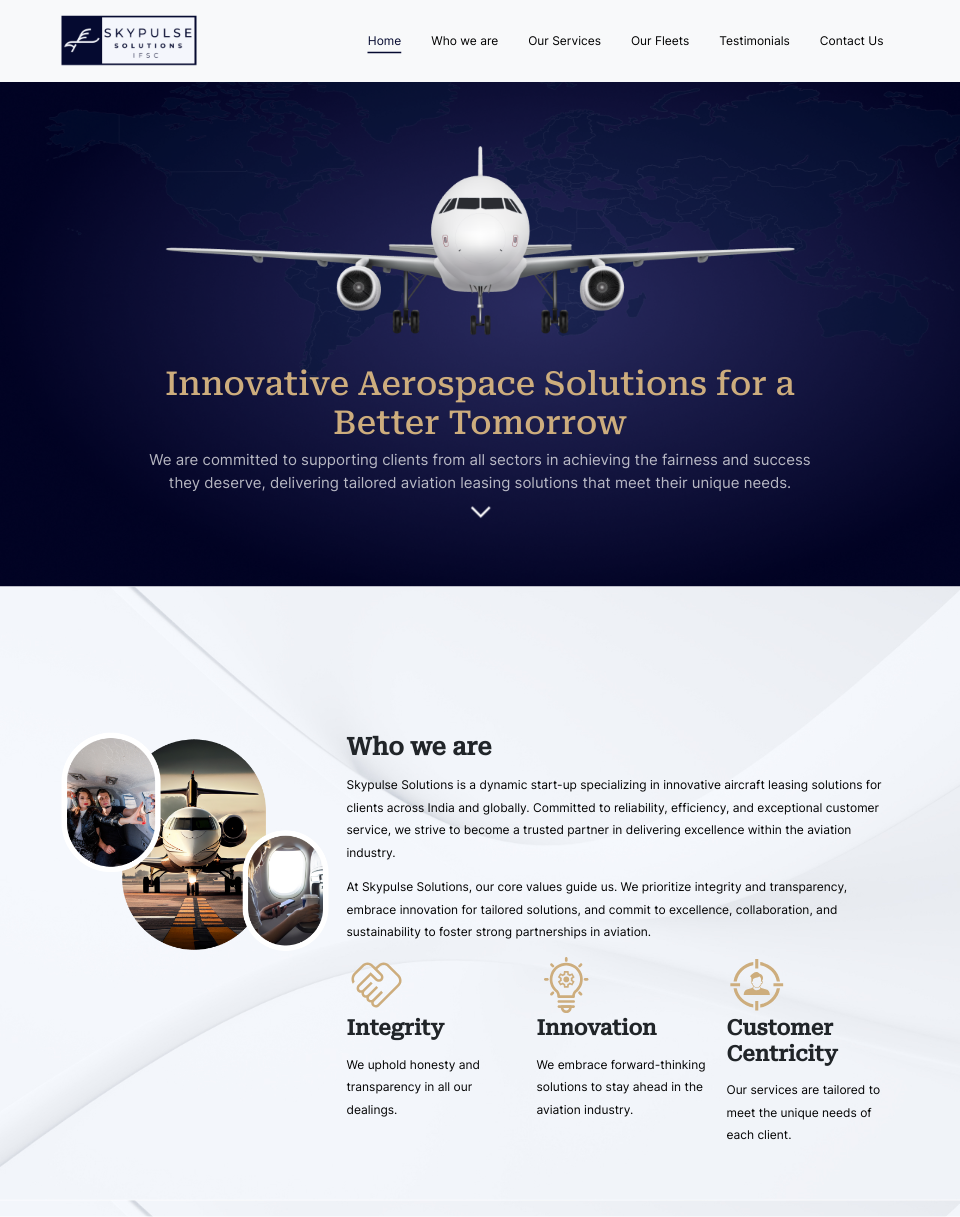
Repository: mangalravi/SkyPulse
Page: index.html
These files come from the project's save history. The page is drawn as it stood at one moment and after a run of saves; the edit follows.
The browser window is 1280 px wide. The pictures show the whole page, at 75% of full size.

Above is the page before, as saved 2024-12-30 10:26:58.

After the next 2 saves:
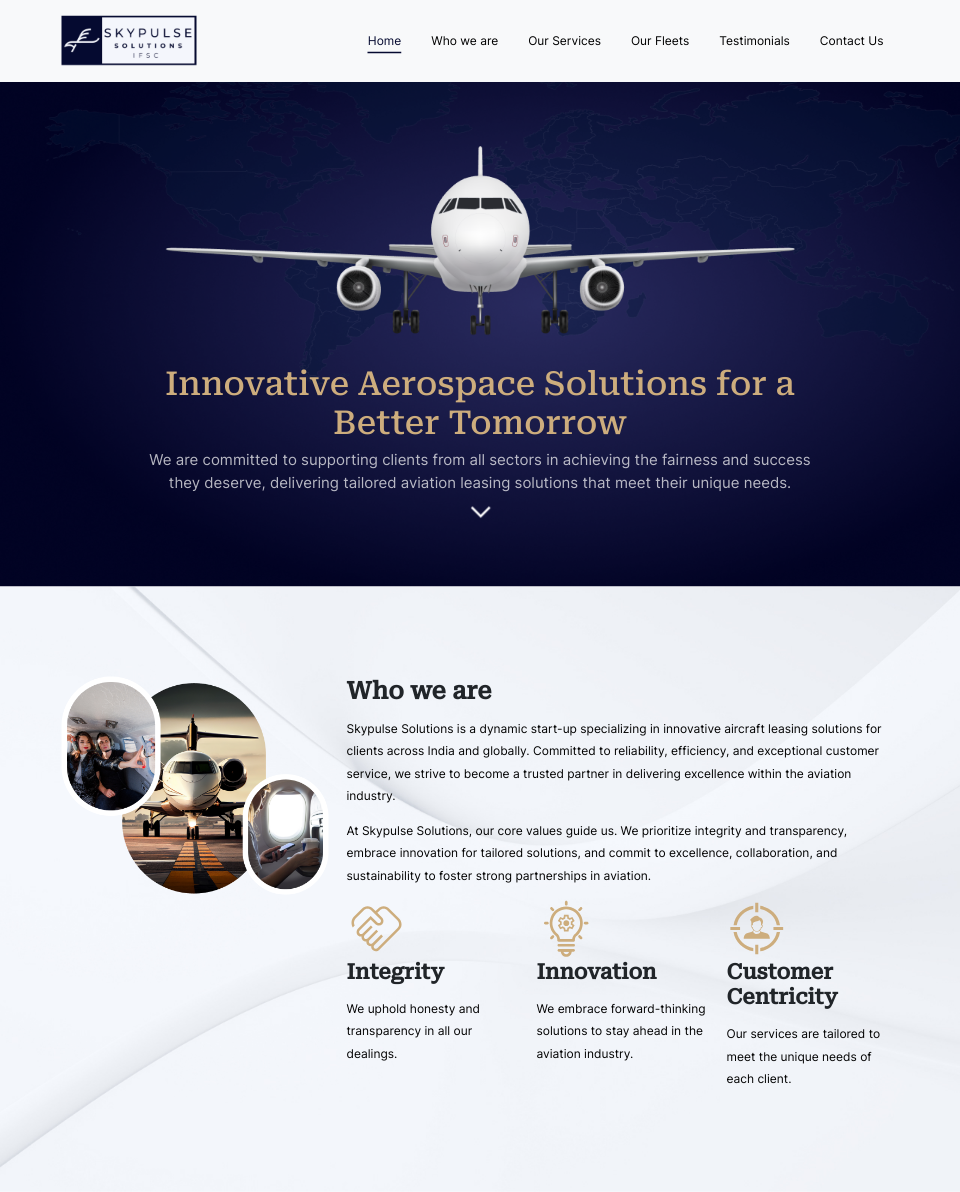
The 2 saves are shown as one change because they came seconds apart.
The last was saved 10 s later.
--- a/index.html
+++ b/index.html
@@ -73,7 +73,7 @@
       </div>
     </div>
    </section>
-   <section class="top-banner" style="background:url(content/images/who-we-are-bg.jpg)">
+   <section class="who-we-are" style="background:url(content/images/who-we-are-bg.jpg)">
     <div class="container">
       <div class="row justify-content-center">
         <div class="col-md-4">
